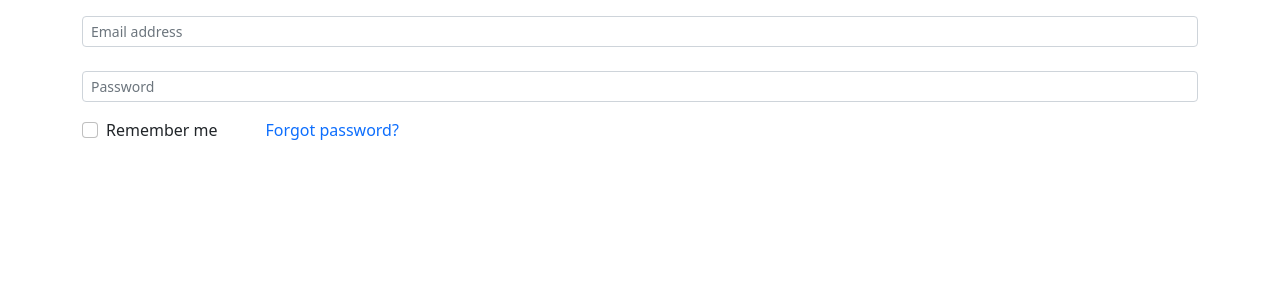
Repository: NPhanA/React2022
Page: / (app in Day 03-React/exercise/)
The author's editor kept a copy of each file at every save. The page is drawn from the files as they stood at one save, then again after the next save.
The browser window is 1280 px wide. The pictures show the whole page.
The project was rebuilt for these pictures with package versions that can differ from the ones it lists, and the page was loaded fresh each time. Also part of the build but not shown: Day 03-React/exercise/src/App.css, Day 03-React/exercise/src/App.js, Day 03-React/exercise/src/Components/UserAgent.js, Day 03-React/exercise/src/Components/ProfileCard.js.

Above is the page before, as saved 2022-07-26 22:10:01.

### Day 03-React/exercise/src/index.js
import React from 'react';
import ReactDOM from 'react-dom/client';
import './index.css';
import App from './App';
import reportWebVitals from './reportWebVitals';
import 'bootstrap/dist/css/bootstrap.min.css';
import {createRoot} from 'react-dom/client';
import UserAgent from './Components/UserAgent';
import App1 from './Components/ProfileCard';
import ProfileCard from './Components/ProfileCard';
import SignInForm from './Components/SignInForm';
const container = document.getElementById('root');
const root = createRoot(container);
root.render(<SignInForm />);

### Day 03-React/exercise/src/Components/SignInForm.js
function SignInForm() {
    return (
        <div className="container ">
            <div className="row justify-content-center ">
                <form className="form-inline">
                    <div className="col-xs-12 col-xxl-3">
                        <input type="email" className="form-control form-control-sm mt-3 mb-4" placeholder="Email address" required></input>
                        <input type="password" className="form-control form-control-sm" placeholder="Password" required></input>
                    </div>

                    <div class="form-check mt-3">
                        <input className="form-check-input" type="checkbox" value="" id="flexCheckDefault"></input>
                        <label class="form-check-label" for="flexCheckDefault">
                            Remember me
                        </label>
                        <span className="text-primary ms-5">Forgot password?</span>
                    </div>

                </form>

            </div>
        </div>
    );
}

export default SignInForm;

Loaded but not shown: Day 03-React/exercise/public/index.html (common file); Day 03-React/exercise/src/index.css (common file); Day 03-React/exercise/src/reportWebVitals.js (common file)

After the next save:
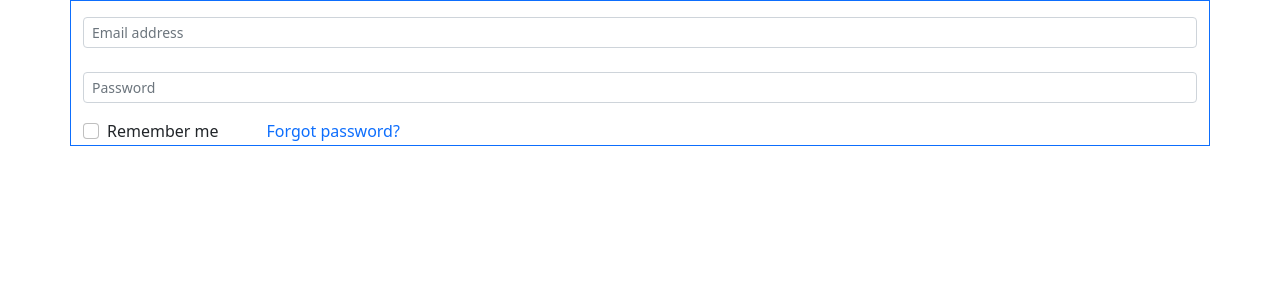
Saved 13 s later.
--- a/Day 03-React/exercise/src/Components/SignInForm.js
+++ b/Day 03-React/exercise/src/Components/SignInForm.js
@@ -2,7 +2,7 @@
     return (
         <div className="container ">
             <div className="row justify-content-center ">
-                <form className="form-inline">
+                <form className="form-inline border border-primary">
                     <div className="col-xs-12 col-xxl-3">
                         <input type="email" className="form-control form-control-sm mt-3 mb-4" placeholder="Email address" required></input>
                         <input type="password" className="form-control form-control-sm" placeholder="Password" required></input>

After the save that followed:
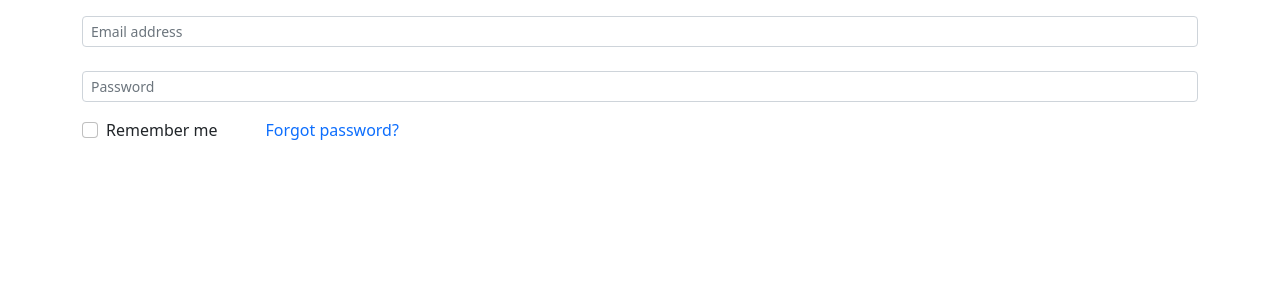
Saved 26 s later.
--- a/Day 03-React/exercise/src/Components/SignInForm.js
+++ b/Day 03-React/exercise/src/Components/SignInForm.js
@@ -2,22 +2,21 @@
     return (
         <div className="container ">
             <div className="row justify-content-center ">
-                <form className="form-inline border border-primary">
-                    <div className="col-xs-12 col-xxl-3">
-                        <input type="email" className="form-control form-control-sm mt-3 mb-4" placeholder="Email address" required></input>
-                        <input type="password" className="form-control form-control-sm" placeholder="Password" required></input>
-                    </div>
-
-                    <div class="form-check mt-3">
-                        <input className="form-check-input" type="checkbox" value="" id="flexCheckDefault"></input>
-                        <label class="form-check-label" for="flexCheckDefault">
-                            Remember me
-                        </label>
-                        <span className="text-primary ms-5">Forgot password?</span>
-                    </div>
-
+                <form>
+                <div className="col-xs-12 col-xxl-3">
+                <input type="email" className="form-control form-control-sm mt-3 mb-4" placeholder="Email address" required></input>
+                <input type="password" className="form-control form-control-sm" placeholder="Password" required></input>
+                </div>
                 </form>
-
+                <form className="form-inline">
+                <div class="form-check mt-3">
+                <input className="form-check-input" type="checkbox" value="" id="flexCheckDefault"></input>
+                    <label class="form-check-label" for="flexCheckDefault">
+                     Remember me
+                </label>
+                <span className="text-primary ms-5">Forgot password?</span>
+</div>
+                </form>
             </div>
         </div>
     );
